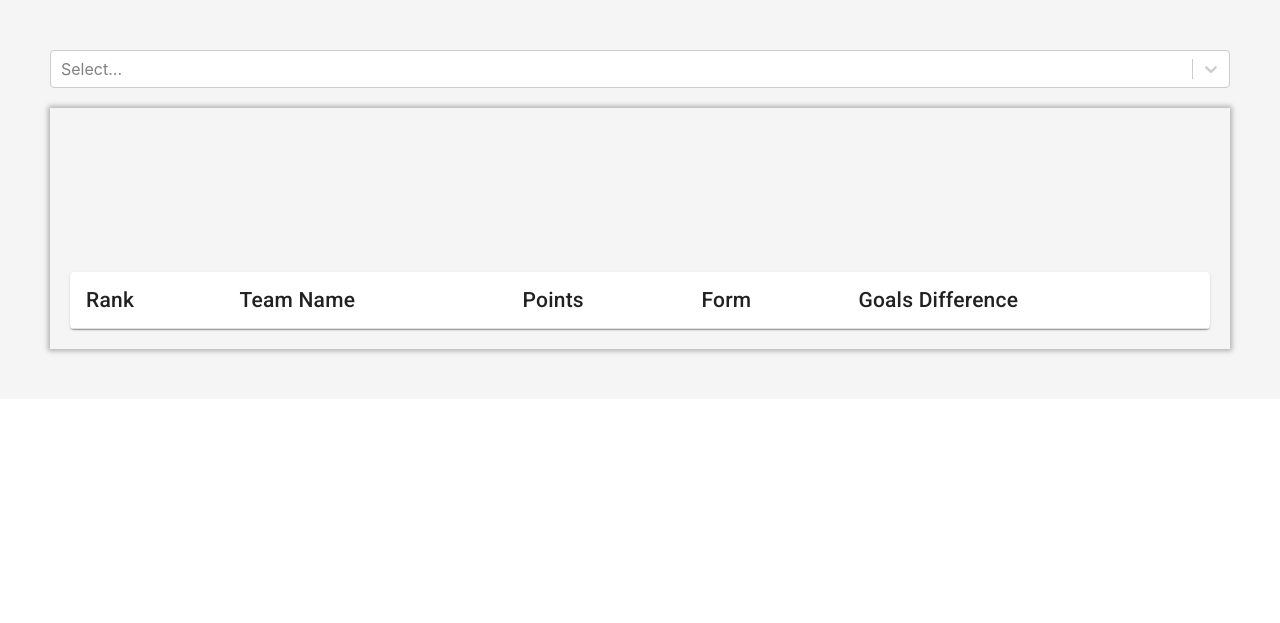
Repository: JorSargsyan/FootballApp
Page: /
An editor plug-in stored every save of this project. The page is shown before and after the next save, followed by the edit.
The browser window is 1280 px wide. The pictures show the whole page.
The page's requests for data from a server got no answer. The project was rebuilt for these pictures with package versions that can differ from the ones it lists, and the page was loaded fresh each time. No one was signed in, and anything a server would have sent is missing.

Above is the page before, as saved 2019-07-13 16:57:54.

### public/index.html
<!DOCTYPE html>
<html lang="en">
  <head>
    <meta charset="utf-8" />
    <link rel="shortcut icon" href="%PUBLIC_URL%/favicon.ico" />
    <meta name="viewport" content="width=device-width, initial-scale=1" />
    <meta name="theme-color" content="#000000" />
    <!--
      manifest.json provides metadata used when your web app is installed on a
      user's mobile device or desktop. See https://developers.google.com/web/fundamentals/web-app-manifest/
    -->
    <link rel="manifest" href="%PUBLIC_URL%/manifest.json" />
    <link rel="stylesheet" href="https://fonts.googleapis.com/css?family=Roboto:300,400,500&display=swap" />
    <!--
      Notice the use of %PUBLIC_URL% in the tags above.
      It will be replaced with the URL of the `public` folder during the build.
      Only files inside the `public` folder can be referenced from the HTML.

      Unlike "/favicon.ico" or "favicon.ico", "%PUBLIC_URL%/favicon.ico" will
      work correctly both with client-side routing and a non-root public URL.
      Learn how to configure a non-root public URL by running `npm run build`.
    -->
    <title>React App</title>
  </head>
  <body>
    <noscript>You need to enable JavaScript to run this app.</noscript>
    <div id="root"></div>
    <!--
      This HTML file is a template.
      If you open it directly in the browser, you will see an empty page.

      You can add webfonts, meta tags, or analytics to this file.
      The build step will place the bundled scripts into the <body> tag.

      To begin the development, run `npm start` or `yarn start`.
      To create a production bundle, use `npm run build` or `yarn build`.
    -->
  </body>
</html>

### src/App.js
import React from 'react';
import logo from './logo.svg';
import './App.css';
import Container from "./components/Container"

function App() {
  return (
    <div className="App">
        <Container></Container>
    </div>
  );
}

export default App;

### src/App.css

.App{
  padding: 50px;
  height: 100%;
  background:#f5f5f5;
}

.LeagueInfo{
  margin-top: 20px;
  box-shadow: 0 0 5px 2px #00000047;
  padding: 20px;
}

.LeagueInfo .img-area{
  display: flex;
  width: 200px;
  justify-content: space-between;
  align-items: center;
}

.LeagueInfo img{
  height: 60px;
  display: block;
}

.LeagueInfo img:nth-child(2){
  height: 100px;
  margin-left: 15px;
}

.standingsTable{}

.standingsTable img{
  height: 45px!important;
}

### src/components/Container/index.js
import React, { Component } from 'react'
import PropTypes from 'prop-types'
import Select from 'react-select';
import axios from 'axios';
import SimpleTable from "../common/Table"


const config = {
    headers: {
        "X-RapidAPI-Host": "api-football-v1.p.rapidapi.com",
        "X-RapidAPI-Key": "afc6347074msh5602bdc3ba130d0p170b44jsn6e420664b59f"
    }
}

export default class Container extends Component {

    static propTypes = {
        prop: PropTypes
    }

    state = {
        selectedOption: null,
        countries: [],
        league: [],
        standings:[],
    };

    handleChange = selectedOption => {
        this.setState({ selectedOption });
        axios.get(`https://api-football-v1.p.rapidapi.com/v2/leagues/country/${selectedOption.value}/${2018}`, config)
            .then(res => {
                let league = res.data.api.leagues[0];
                this.setState({ league });


                axios.get(`https://api-football-v1.p.rapidapi.com/v2/leagueTable/${league.league_id}`, config)
                .then(res => {
                    let standings = res.data.api.standings[0];
                    this.setState({ standings });
                })

            })
    };


    componentDidMount() {


        axios.get(`https://api-football-v1.p.rapidapi.com/v2/countries`, config)
            .then(res => {
                let countries = res.data.api.countries;
                countries = countries.map(i => { return { label: i.country, value: i.code } });
                this.setState({ countries });
            })
    }

    render() {
        const { selectedOption } = this.state;
        return (
            <div className="classes.root">
                <Select
                    value={selectedOption}
                    onChange={this.handleChange}
                    options={this.state.countries}
                />

                <div className="LeagueInfo">
                    <h2>{this.state.league.country}</h2>
                    <div className='img-area'>
                        <img src={this.state.league.flag} />
                        <img src={this.state.league.logo} />
                    </div>
                    <SimpleTable
                    data={this.state.standings}
                    header={[
                        {name:"Rank",prop:"rank"},
                        {name:"Team Name",prop:"teamName"},
                        {name:"Points",prop:"points"},
                        {name:"Form",prop:"forme"},
                        {name:"Goals Difference",prop:"goalsDiff"}
                    ]}
                    ></SimpleTable>
                </div>
            </div>
        )
    }
}

### src/components/common/Table.js
import React from 'react';
import { makeStyles } from '@material-ui/core/styles';
import Table from '@material-ui/core/Table';
import TableBody from '@material-ui/core/TableBody';
import TableCell from '@material-ui/core/TableCell';
import TableHead from '@material-ui/core/TableHead';
import TableRow from '@material-ui/core/TableRow';
import Paper from '@material-ui/core/Paper';

const useStyles = makeStyles(theme => ({
  root: {
    width: '100%',
    marginTop: theme.spacing(3),
    overflowX: 'auto',
  },
  table: {
    minWidth: 650,
  },
  tableRow:{
      fontSize:"25px",
      alignItems:"center"
  },
  tableTd:{
    fontSize:"21px"
  }
}));


export default function SimpleTable({data,header}) {
  const classes = useStyles();

  return (
    <Paper className={classes.root}>
      <Table className={classes.table}>
        <TableHead className={classes.tableHead}>
          <TableRow>
            {
                header.map((x,i)=>{
                    return <TableCell className={classes.tableTd} key={i} align="left">{x.name}</TableCell>
                })
            }
          </TableRow>
        </TableHead>
        <TableBody>
          {data.map(row => (
            <TableRow key={row.name} className={classes.tableRow}>
              <TableCell className={classes.tableTd} component="th" scope="row">
                {row.rank}
              </TableCell>
              <TableCell className={classes.tableTd} align="left">{row.teamName} <img className={classes.tableImg} src={row.logo}></img> </TableCell>
              <TableCell className={classes.tableTd} align="left">{row.points}</TableCell>
              <TableCell className={classes.tableTd} align="left">{row.forme}</TableCell>
              <TableCell className={classes.tableTd} align="left">{row.goalsDiff}</TableCell>
            </TableRow>
          ))}
        </TableBody>
      </Table>
    </Paper>
  );
}

Loaded but not shown: src/index.js (common file); src/index.css (common file); src/serviceWorker.js (common file)

After the next save:
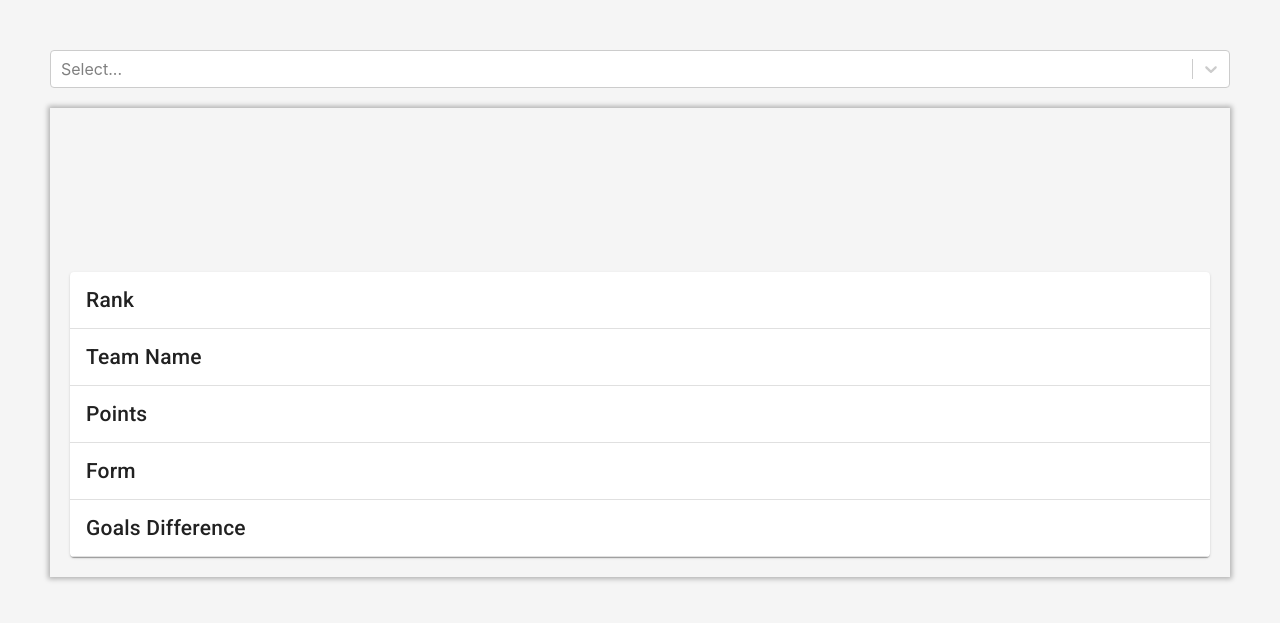
Saved 6 s later.
--- a/src/components/common/Table.js
+++ b/src/components/common/Table.js
@@ -21,7 +21,8 @@ const useStyles = makeStyles(theme => ({
       alignItems:"center"
   },
   tableTd:{
-    fontSize:"21px"
+    fontSize:"21px",
+    display:"flex"
   }
 }));
 
